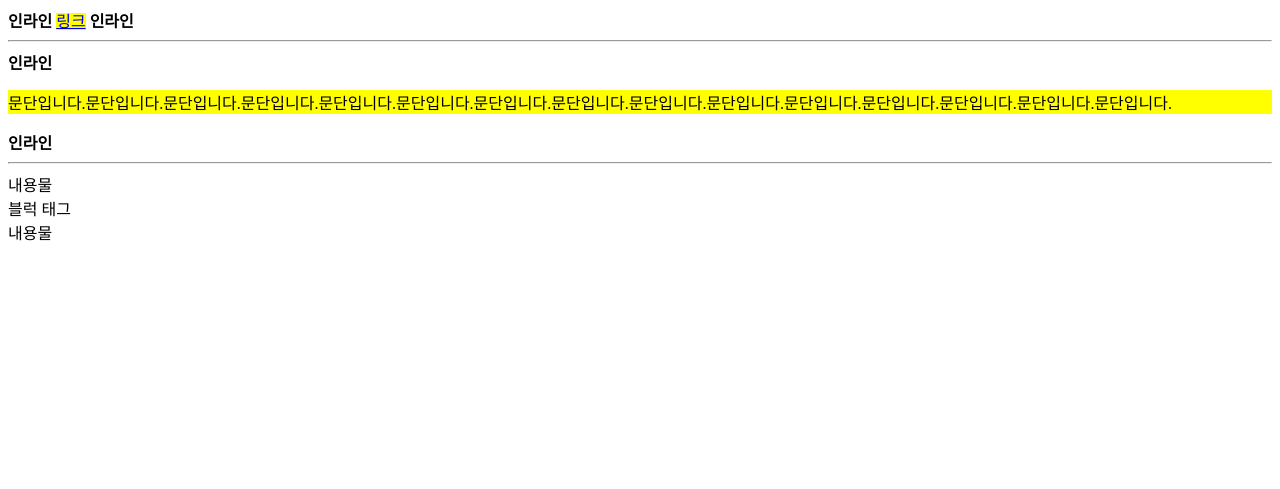
Repository: ssj5037/Class-Study
Page: [5] HTML, CSS, JavaScript/ClientTest/WebContent/Ex12_tag.html
These files come from the project's save history. The page is drawn as it stood at one moment and after the next save; the edit follows.
The browser window is 1280 px wide. The pictures show the whole page.

Above is the page before, as saved 2020-06-19 03:24:24.

After the next save:
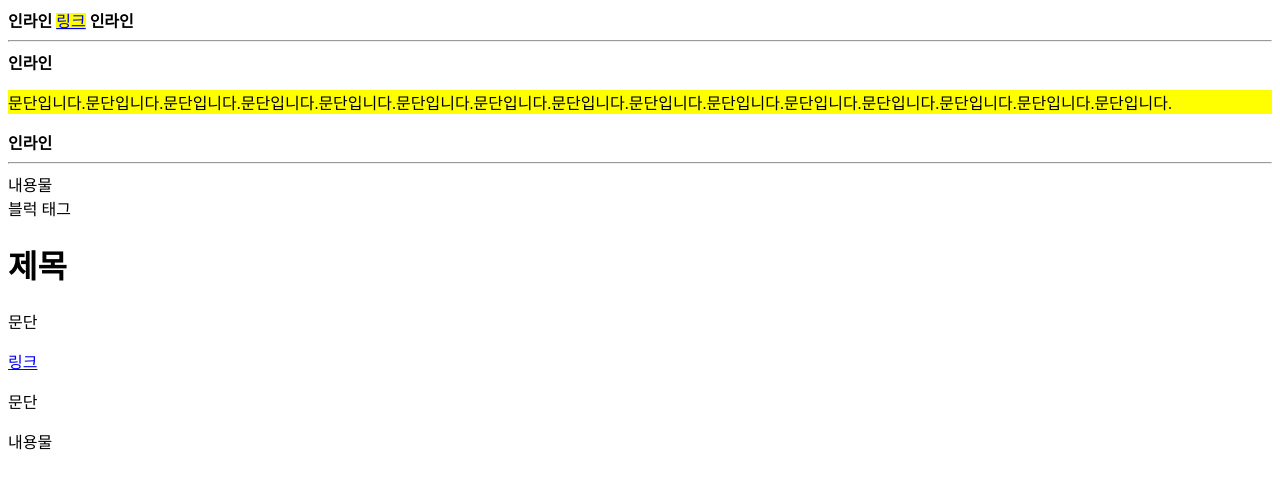
Saved 58 s later.
--- a/[5] HTML, CSS, JavaScript/ClientTest/WebContent/Ex12_tag.html
+++ b/[5] HTML, CSS, JavaScript/ClientTest/WebContent/Ex12_tag.html
@@ -49,6 +49,10 @@
 	내용물
 	<div>
 		블럭 태그
+		<h1>제목</h1>
+		<p>문단</p>
+		<a href="#">링크</a>
+		<p>문단</p>
 	</div>
 	내용물
 
